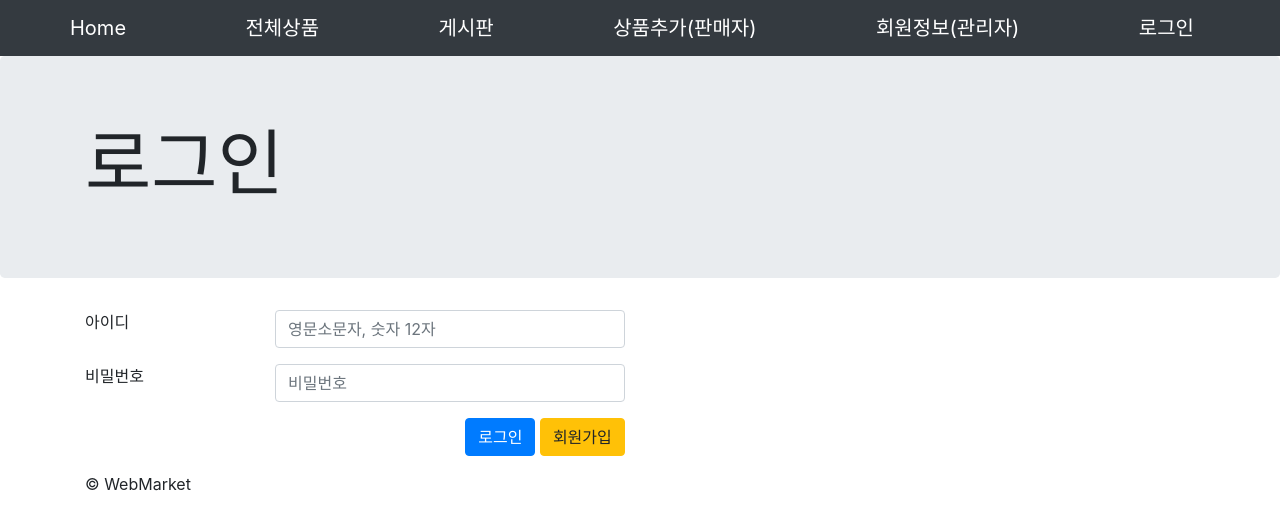
Repository: davisbyun/ai
Page: http://localhost/WebMarket/board/boardList.jsp
These files come from the project's save history. The page is drawn as it stood at one moment and after the next save; the edit follows.
The browser window is 1280 px wide. The pictures show the whole page.
The page is served by Tomcat 9. Other server files are loaded and not shown.

Above is the page before, as saved 2024-01-29 06:34:15.

### WebMarket/src/main/webapp/board/boardList.jsp
<%@ page language="java" contentType="text/html; charset=UTF-8"
    pageEncoding="UTF-8"%>
<!DOCTYPE html>
<html>
<body>
<head>
<meta charset="UTF-8">
<title>boards.jsp</title>
<link rel="stylesheet" href="./css/bootstrap.min.css" />

</head>
<body>
  <jsp:include page="../menu.jsp"></jsp:include>
  <div class="jumbotron">
    <div class="container">
        <h1 class="display-3"> 로그인 </h1>
    </div>
  </div>
  <div class="container">
     <form action="processlogin.jsp"  name="login" class="form-horizontal"  method="post">

         <div class="form-group row">
            <label class="col-sm-2 f1"> 아이디 </label>
            <div class="col-sm-4">
                <input type="text" name="id" id="id" placeholder="영문소문자, 숫자 12자"  class="form-control">
            </div>
         </div>

         <div class="form-group row">
            <label class="col-sm-2 f1"> 비밀번호 </label>
            <div class="col-sm-4">
                <input type="password" name="pwd"  id="pwd"  placeholder="비밀번호" class="form-control">
            </div>
         </div>
                  <div class="form-group row">
            <div class="col-sm-offset-2  col-sm-10  col  text-center">
                <input type="submit"  class="btn btn-primary f1" value="로그인" >
               <a href="join.jsp" class="btn btn-warning">  회원가입 </a>
            </div>
         </div>
    </form>
  </div>

  <div class ="container">
  </div>

  <jsp:include page="../footer.jsp"/>

  </body>
  </html>

### WebMarket/src/main/webapp/menu.jsp
<%@ page language="java" contentType="text/html; charset=UTF-8"
    pageEncoding="UTF-8"%>
<!DOCTYPE html>
<html>
<head>
<meta charset="UTF-8">
<title>Insert title here</title>
<link rel="stylesheet" href="https://cdn.jsdelivr.net/npm/bootstrap@4.0.0/dist/css/bootstrap.min.css" integrity="sha384-Gn5384xqQ1aoWXA+058RXPxPg6fy4IWvTNh0E263XmFcJlSAwiGgFAW/dAiS6JXm" crossorigin="anonymous">
</head>
<body>
	 <nav class="navbar navbar-expand navbar-dark bg-dark">
    <div class="container">
        <div class="navbar-header">
            <a class="navbar-brand" href="/WebMarket/welcome.jsp">Home</a>
        </div>
        <div class="navbar-header">
            <a class="navbar-brand" href="/WebMarket/products.jsp">전체상품</a>
        </div>
        <div class="navbar-header">
            <a class="navbar-brand" href="/WebMarket/board/boards.jsp">게시판</a>
        </div>
        <div class="navbar-header">
            <a class="navbar-brand" href="/WebMarket/addProduct.jsp">상품추가(판매자)</a>
        </div>
        <div class="navbar-header">
             <a class="navbar-brand" href="/WebMarket/member/memberInfo.jsp">회원정보(관리자)</a>
         </div>
         <%
            //세션 가져오기
            String name = (String)session.getAttribute("name");
         	String id = (String )session.getAttribute("id");
         	String loginOk = "로그인";
         	if( name != null ) {
         		loginOk = name + "님 ";
         %>
         <div class="navbar-header">
         	<div class="text-white"> <h5><%=loginOk %> </h5>&nbsp;&nbsp;
             <a class="navbar-brand" href="/WebMarket/member/logOut.jsp"> 로그아웃 </a>
         </div>
         </div>

         <%

         	}else {
         		loginOk = "로그인";
         %>
         <div class="navbar-header">
             <a class="navbar-brand" href="/WebMarket/member/login.jsp"><%= loginOk %></a>
         </div>
         <%
         	}
         %>

     </div>
   </nav>
</body>
</html>

### WebMarket/src/main/webapp/footer.jsp
<%@ page language="java" contentType="text/html; charset=UTF-8"
    pageEncoding="UTF-8"%>
<!DOCTYPE html>
<html>
<head>
<meta charset="UTF-8">
<title>Insert title here</title>
 <link rel="stylesheet" href="https://cdn.jsdelivr.net/npm/bootstrap@4.0.0/dist/css/bootstrap.min.css" integrity="sha384-Gn5384xqQ1aoWXA+058RXPxPg6fy4IWvTNh0E263XmFcJlSAwiGgFAW/dAiS6JXm" crossorigin="anonymous">
</head>
<body>
     <footer class="container">
	    <p>&copy; WebMarket</p>
	 </footer>
</body>
</html>

Loaded but not shown: WebMarket/src/main/webapp/css/bootstrap.min.css (library)

After the next save:
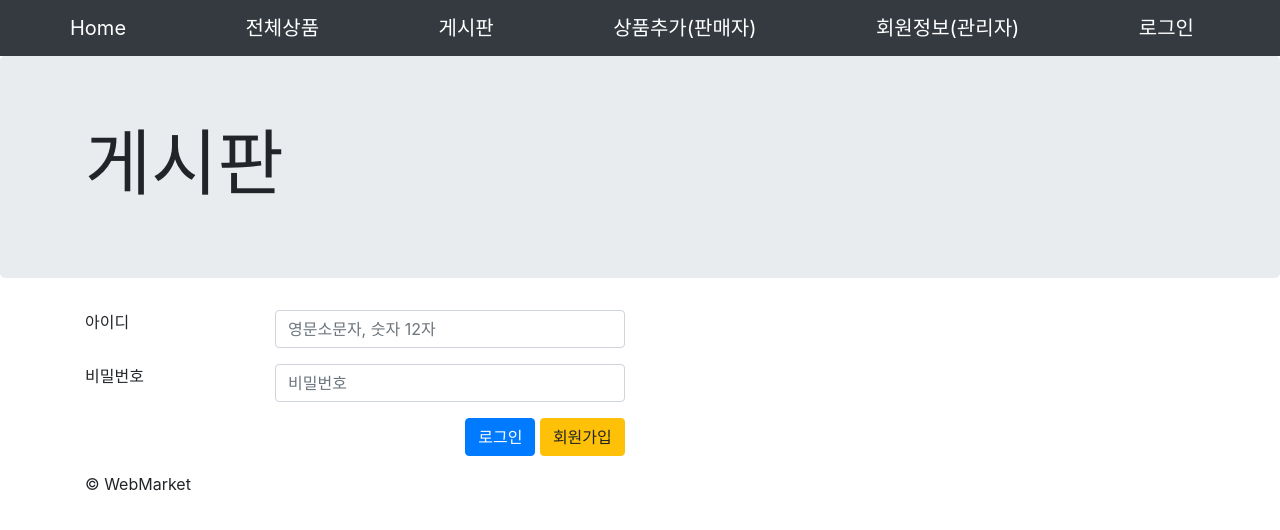
Saved 64 s later.
--- a/WebMarket/src/main/webapp/board/boardList.jsp
+++ b/WebMarket/src/main/webapp/board/boardList.jsp
@@ -13,7 +13,7 @@
   <jsp:include page="../menu.jsp"></jsp:include>
   <div class="jumbotron">
     <div class="container">
-        <h1 class="display-3"> 로그인 </h1>
+        <h1 class="display-3"> 게시판 </h1>
     </div>
   </div>
   <div class="container">
